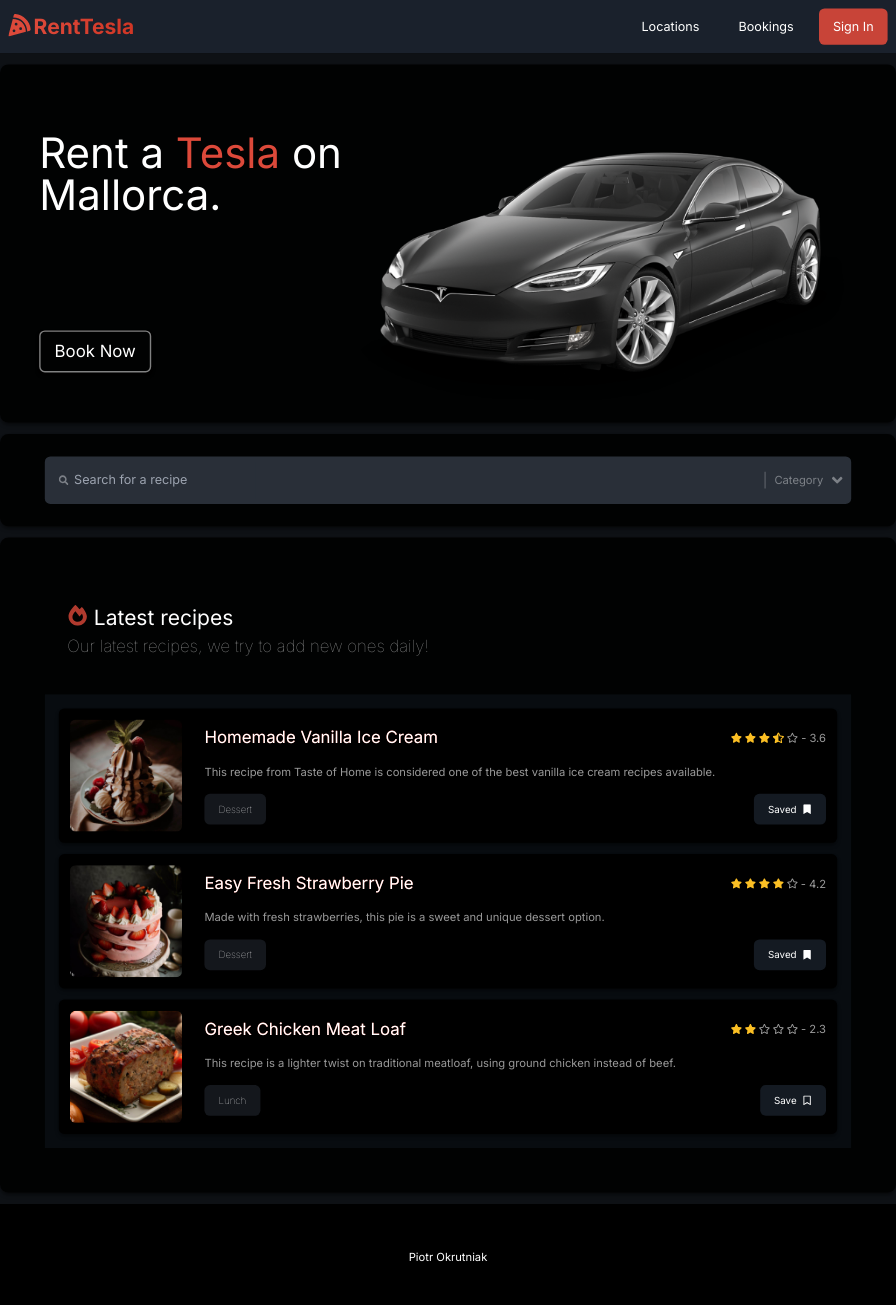
Repository: piotrokrutniak/RentallApp.UI
Page: /
An editor plug-in stored every save of this project. The page is shown before and after the next save, followed by the edit.
The browser window is 1280 px wide. The pictures show the whole page, at 70% of full size.
The project was rebuilt for these pictures with package versions that can differ from the ones it lists, and the page was loaded fresh each time. The framework's server and built-in components were replaced by stand-ins that run in the browser. Also part of the build but not shown: next.config.js.

Above is the page before, as saved 2023-10-05 20:57:16.

### src/app/layout.tsx
import './globals.css'
import type { Metadata } from 'next'
import { Inter } from 'next/font/google'
import NavBar from './components/navbar/navbar'
import Footbar from './components/footbar/footbar'

const inter = Inter({ subsets: ['latin'] })

export const metadata: Metadata = {
  title: 'Recipefy',
  description: 'Website with the tastiest recipes!',
}

export default function RootLayout({
  children,
}: {
  children: React.ReactNode
}) {
  return (
    <html lang="en">
      <body className={`${inter.className} bg-black`}>
        <div className="bg-slate-600/20 min-h-screen pb-4">
        <NavBar/>
        {children}
        </div>
        <Footbar/>
      </body>
    </html>
  )
}

### src/app/page.tsx
import Image, { StaticImageData } from 'next/image'
import { FaMugHot, FaCookieBite, FaHamburger, FaFireAlt, FaBookmark, FaRegBookmark } from 'react-icons/fa'
import CookingSvg from './components/svgComponents/CookingSvg'
import Rating from './components/generic/rating'
import Button from './components/generic/button'
import tesla from '../../public/media/tesla-mirrored.png'
import lunch from '../../public/media/lunch.jpg'
import dessert from '../../public/media/dessert.jpg'
import strawberryCake from '../../public/media/recipes/strawberryCake.jpg'
import greekMeatLoaf from '../../public/media/recipes/greekMeatLoaf.jpg'
import vanillaIceCream from '../../public/media/recipes/vanillaIceCream.jpg'
import { useState } from 'react'
import { RecipeListing } from './components/generic/recipeListing'
import { Input } from 'postcss'
import SearchBar from './components/generic/searchBar'

export default function Home() {
  return (
    <main className="flex flex-col m-auto gap-4">
      <section id="header-section" className='max-w-7xl bg-black/90 m-auto w-full px-14 py-8 rounded-xl mt-4 shadow-md shadow-black/40'>
        <div className="sm:p-8 pb-14 flex justify-between">

        </div>
        <div className='w-full flex justify-between'>
          <div className="flex flex-col gap-10 justify-between pb-10 text-white">
          <h1 className="text-5xl md:text-6xl"> Rent a <span className="text-vermilion-400">Tesla</span> on Mallorca. </h1>
          <Button className="w-fit rounded-lg shadow-md shadow-black hover:bg-blue-500 bg-transparent capitalize border-white/50 hover:border-blue-500 border-2 text-2xl"> Book Now </Button>
          </div>
          <div className="relative w-full h-96 left-0 flex gap-10 pt-3 overflow-x-auto m-auto justify-around select-none pb-10">
              <Image src={tesla} layout="fill" objectFit="contain" alt="Breakfast Photo" className="h-96 group-hover:opacity-50"/>
          </div>
        </div>
      </section>

      <section id="searchbar-section" className='max-w-7xl bg-black/90 px-7 m-auto w-full p-8 sm:px-16 rounded-xl shadow-md shadow-black/40 flex-col'>
        <SearchBar/>
      </section>

      <section id="top-picks-section" className='max-w-7xl bg-black/90 m-auto w-full sm:p-8 rounded-xl shadow-md shadow-black/40 flex-col'>
        <div className="lg:p-8 pb-14 flex flex-col gap-5">
          <div className="p-8">
            <h1 className="text-3xl text-white flex gap-2 pb-2" > <FaFireAlt className="opacity-80 fill-vermilion-400"/> Latest recipes</h1>
            <p className="text-2xl font-thin text-white/60 flex gap-2" > Our latest recipes, we try to add new ones daily!</p>
          </div>
          <div className="w-full h-fit p-5 bg-slate-800/25 flex flex-col gap-4">
            <RecipeListing title="Homemade Vanilla Ice Cream"
              desc="This recipe from Taste of Home is considered one of the best vanilla ice cream recipes available."
              image={vanillaIceCream}
              rating={3.6}
              saved={true}
              tags={["Dessert"]}/>
            <RecipeListing title="Easy Fresh Strawberry Pie"
              desc="Made with fresh strawberries, this pie is a sweet and unique dessert option."
              image={strawberryCake}
              rating={4.2}
              saved={true}
              tags={["Dessert"]}/>
            <RecipeListing title="Greek Chicken Meat Loaf"
              desc="This recipe is a lighter twist on traditional meatloaf, using ground chicken instead of beef."
              image={greekMeatLoaf}
              rating={2.3}
              saved={false}
              tags={["Lunch"]}/>
          </div>
        </div>
      </section>
    </main>
  )
}

### src/app/globals.css
@tailwind base;
@tailwind components;
@tailwind utilities;

:root {}

@media (prefers-color-scheme: dark) {
  :root {}
}

body {}

### src/app/components/navbar/navbar.tsx
"use client"

import { FaPizzaSlice, FaBars } from "react-icons/fa"
import { BsX } from "react-icons/bs"
import Button from "../generic/button"
import { useState } from "react"
import Link from "next/link"


export default function NavBar(){
    const [showMobile, setShowMobile] = useState(false)

    return(
        <div className="bg-black/80 sticky top-0 z-20 backdrop-blur-xl">
            <div className="w-full flex bg-slate-700/50 ">
                <div className="p-3 m-auto w-full flex max-w-7xl justify-between items-center">
                    <Link href="/">
                    <div className="flex gap-1 h-fit select-none cursor-pointer active:opacity-80 hover:border-b-2 hover:pb-1 active:pb-0
                            border-opacity-0 border-vermilion-400 hover:border-opacity-100 border-b-0 transition-all">
                        <FaPizzaSlice className="h-full w-8 fill-vermilion-400"/>
                        <h1 className="text-3xl font-bold text-transparent bg-clip-text bg-gradient-to-r from-vermilion-400 to-vermilion-500">RentTesla</h1>
                    </div>
                    </Link>
                    <div className="hidden text-lg gap-4 md:flex">
                        <Button className="text-white bg-transparent active:bg-slate-100/5 hover:bg-slate-100/5" onClick={undefined}>
                            Locations
                        </Button>
                        <Button className="text-white bg-transparent active:bg-slate-100/5 hover:bg-slate-100/5" onClick={undefined}>
                            Bookings
                        </Button>
                        <Button className="text-white bg-vermilion-400 active:bg-slate-100/5 hover:bg-slate-100/5" onClick={undefined}>
                            Sign In
                        </Button>
                    </div>
                    <div className="md:hidden">
                        <FaBars className="h-10 w-10 fill-white cursor-pointer hover:fill-vermilion-400 active:opacity-80" onClick={() => setShowMobile(true)}/>
                    </div>
                    <div className={`${showMobile ? "" : "translate-x-full"} absolute w-screen h-screen bg-black left-0 top-0 md:hidden transition-all z-50 ease-in-out`}>
                    <div id="mobile-header" className="flex flex-row-reverse w-full">
                        <BsX className="fill-white w-16 h-16 cursor-pointer hover:fill-vermilion-400" onClick={() => setShowMobile(false)}/>
                    </div>
                    <div id="mobile-body">XDDDDDDDDDDDDDDDDD</div>
                    </div>
                </div>
            </div>
        </div>
    )
}

### src/app/components/footbar/footbar.tsx
export default function Footbar(){
    return(
        <div className="w-full h-20 bg-black mt-16 text-center text-white">
            Piotr Okrutniak
        </div>
    )
}

### src/app/components/generic/button.tsx
import { MouseEventHandler } from "react";

export default function Button({ children, className, onClick, disabled } : { children: React.ReactNode, className: string, onClick: undefined | MouseEventHandler<HTMLButtonElement>, disabled?: boolean }){
    return(
        <button className={`${className} px-5 py-3 rounded-lg bg-blue-500 bg-opacity-90 active:bg-opacity-80 hover:bg-opacity-100 cursor-pointer transition-all flex items-center gap-2 place-items-center`}
            onClick={onClick}
            disabled={disabled}>
            {children}
        </button>
    )
}

### src/app/components/generic/recipeListing.tsx
"use client";
import Image, { StaticImageData } from "next/image"
import Rating from "./rating"
import Button from "./button"
import { FaMugHot, FaCookieBite, FaHamburger, FaFireAlt, FaBookmark, FaRegBookmark } from 'react-icons/fa'
import { useState } from "react"

export function RecipeListing({rating = 0, title, desc, tags, image, saved,}:
    {rating: number | undefined, title: string | undefined, desc: string | undefined, tags: string[], image: StaticImageData | string, saved: boolean }){
      const [isSaved, setSaved] = useState(saved)

      return(
        <div className="w-full p-4 md:h-48 bg-black hover:bg-slate-500/20 rounded-lg shadow-md shadow-black/40 flex flex-col md:flex-row md:justify-between gap-8 items-center text-white group">
          <div className='h-64 w-full md:w-40 md:h-40 shrink-0 rounded-lg overflow-hidden relative cursor-pointer'>
            <Image src={image} layout="fill" objectFit="cover" alt="Breakfast Photo"/>
          </div>
          <div className="h-fit w-full items-center">
            <div className="flex justify-between items-center">
              <h1 className="text-2xl cursor-pointer bg-clip-text hover:text-transparent bg-gradient-to-r from-vermilion-500 to-vermilion-400">{title ?? "Recipe Name"}</h1>
              <Rating rating={rating}/>
            </div>
            <div className="flex justify-between items-center pt-5">
              <p className="text-white/60">{desc ?? "Description"}</p>
            </div>
            <div className="flex justify-between items-center pt-5">
              {tags.map(x => <Button className="bg-slate-500/20 hover:bg-slate-500/40 text-sm font-thin py-1" onClick={undefined}>{x}</Button>)}
              <Button className="bg-slate-700/40 hover:bg-vermilion-500/90 active:opacity-80 text-sm font-normal py-1 transition-all flex items-center gap-2"
                onClick={() => setSaved(x => !x)}>
                {isSaved ? <>Saved <FaBookmark/></> : <>Save <FaRegBookmark/></>}
                </Button>
            </div>
          </div>
        </div>
      )
  }

### src/app/components/generic/searchBar.tsx
"use client"
import { Dispatch, SetStateAction, useState } from "react"
import { BsX } from "react-icons/bs"
import { FaSearch, FaAngleDown } from "react-icons/fa"

export default function SearchBar(){
    const [dropdownOpened, setDropdownOpened] = useState(false)
    const [chosenOption, setChosenOption] = useState("")

    function ToggleDropdownOpened(){
        setDropdownOpened(x => !x)
    }

    return(
        <div className="bg-slate-500/40 rounded-lg flex pl-5 gap-2 items-center focus-within:bg-slate-500/50 transition-colors ease-in">
            <FaSearch className="fill-slate-50/40"/>
            <input type="text" placeholder="Search for a recipe" className="bg-transparent p-5 pl-0 text-white w-full outline-none text-lg border-none"/>

            <div className="flex text-slate-50 cursor-pointer border-l-2 pl-3 border-white/20 relative">
                <div className="flex opacity-40 hover:opacity-60 active:opacity-40 transition-opacity" onClick={() => ToggleDropdownOpened()}>

                {chosenOption || "Category"}
                <FaAngleDown className={`${dropdownOpened ? "rotate-180" : ""} fill-slate-50 w-10 h-6 transition-all`}/>
                </div>

                <div className={`${dropdownOpened ? "block" : "hidden"} absolute top-14 right-0 h-44 w-56 bg-black rounded-lg overflow-hidden`}>
                    <div className="w-full h-full bg-slate-500/50 overflow-y-auto pt-0">
                        <DropdownOption toggleDropdownOpened={ToggleDropdownOpened} setChosenOption={setChosenOption} chosenOption={chosenOption} text="Breakfast"/>
                        <DropdownOption toggleDropdownOpened={ToggleDropdownOpened} setChosenOption={setChosenOption} chosenOption={chosenOption} text="Lunch"/>
                        <DropdownOption toggleDropdownOpened={ToggleDropdownOpened} setChosenOption={setChosenOption} chosenOption={chosenOption} text="Dessert"/>
                        <DropdownOption toggleDropdownOpened={ToggleDropdownOpened} setChosenOption={setChosenOption} chosenOption={chosenOption} text="Dinner"/>
                        <DropdownOption toggleDropdownOpened={ToggleDropdownOpened} setChosenOption={setChosenOption} chosenOption={chosenOption} text="Appetizer"/>
                        <DropdownOption toggleDropdownOpened={ToggleDropdownOpened} setChosenOption={setChosenOption} chosenOption={chosenOption} text="Pastries"/>
                    </div>
                </div>
            </div>
        </div>
    )
}

function DropdownOption({setChosenOption, toggleDropdownOpened, text, chosenOption} :
    {setChosenOption: Dispatch<SetStateAction<string>>, toggleDropdownOpened: () => void, text: string, chosenOption: string}){
    const [isChecked, setIsChecked] = useState(false)

    function UnCheck(): void{
        setChosenOption("")
        setIsChecked(false)
    }

    function Check(): void{
        setChosenOption(text)
        toggleDropdownOpened()
        setIsChecked(true)
    }

    return(
        <div className={`${chosenOption == text ? "bg-black/30 font-bold" : ""} hover:bg-slate-100/10 px-3 py-2 flex justify-between`}>
                <div className="w-full" onClick={() => Check()}>
                    {text}
                </div>
                <div className="flex">
                    {chosenOption == text ? <UncheckButton onClick={UnCheck}/> : <></>}
                </div>
        </div>
    )
}

function UncheckButton({onClick} : {onClick: () => void}){
    return(
    <BsX className="w-6 h-6 hover:fill-red-500 hover:scale-110 active:scale-100" onClick={() => onClick()}/>
    )
}

### src/app/components/generic/rating.tsx
import { FaStar, FaStarHalf, FaStarHalfAlt, FaRegStar} from 'react-icons/fa'
import { IconType } from 'react-icons'

export default function Rating({rating = 0,}: {rating: number | undefined | void}){
    const defaultRating: boolean[] = [false, false, false, false, false]

    const initRating: number = rating

    const ratings: React.JSX.Element[] = []

    for(let i: number = 0; i < 5; i++){
        rating >= 1 ?  ratings.push(<Star filled={true}/>) : ratings.push(rating >= 0.5 ? <HalfStar/> : <Star filled={false}/>)
        rating -= 1;
    }



    return(
        <div className="flex gap-1 items-center shrink-0 text-white/60">
            {ratings} - {initRating}
        </div>
    )
}

function Star({filled = false,}: {filled: boolean}){
    return filled ? <FaStar className="fill-amber-400"/> : <FaRegStar/>
}

function HalfStar(){
    return <FaStarHalfAlt className="fill-amber-400"/>
}

### tailwind.config.js
/** @type {import('tailwindcss').Config} */
module.exports = {
  content: [
    './src/pages/**/*.{js,ts,jsx,tsx,mdx}',
    './src/components/**/*.{js,ts,jsx,tsx,mdx}',
    './src/app/**/*.{js,ts,jsx,tsx,mdx}',
  ],
  theme: {
    extend: {
      backgroundImage: {
        'gradient-radial': 'radial-gradient(var(--tw-gradient-stops))',
        'gradient-conic':
          'conic-gradient(from 180deg at 50% 50%, var(--tw-gradient-stops))',
      },
      height:{
        '112': '28rem',
        '128': '32rem',
      },
      width:{
        '112': '28rem',
        '128': '32rem',
      },
      colors:{
        "emerald":{
          "50": "#b0fde8",
          "100": "#60FBD2",
          "200": "#24F9C1",
          "400": "#06EFB1",
          "500": "#06d6a0",
        },
        "paygray":{
          "50": "#CED9DE",
          "100": "#aabcc5",
          "200": "#7996A4",
          "400": "#638292",
          "500": "#5A7684",
        },
        "vermilion":{
          "50": "#f0afa8",
          "100": "#ea8f85",
          "200": "#E06052",
          "400": "#dc493a",
          "500": "#d03625",
        },

      },
      minWidth:{
        'mobile': '360px',
        '54': '258px',
      },
      screens:{
        'xs': '580px',
        '850': '850px',
      },
    },
  },
  plugins: [],
}

After the next save:
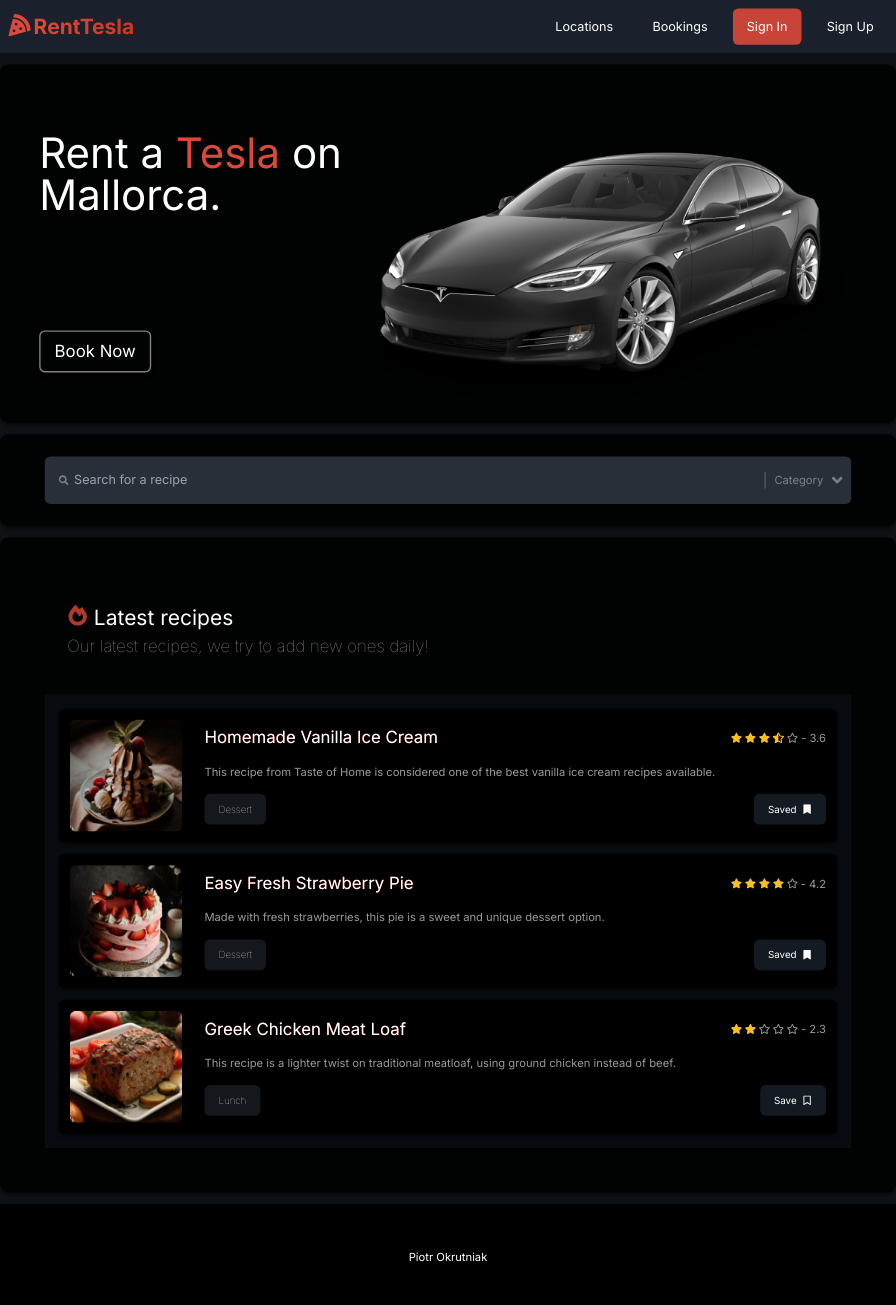
Saved 70 s later.
--- a/src/app/components/navbar/navbar.tsx
+++ b/src/app/components/navbar/navbar.tsx
@@ -31,6 +31,9 @@
                         <Button className="text-white bg-vermilion-400 active:bg-slate-100/5 hover:bg-slate-100/5" onClick={undefined}>
                             Sign In
                         </Button>
+                        <Button className="text-white hover:bg-blue-500 bg-transparent capitalize border-white/50 hover:border-blue-500" onClick={undefined}>
+                            Sign Up
+                        </Button>
                     </div>
                     <div className="md:hidden">
                         <FaBars className="h-10 w-10 fill-white cursor-pointer hover:fill-vermilion-400 active:opacity-80" onClick={() => setShowMobile(true)}/>
